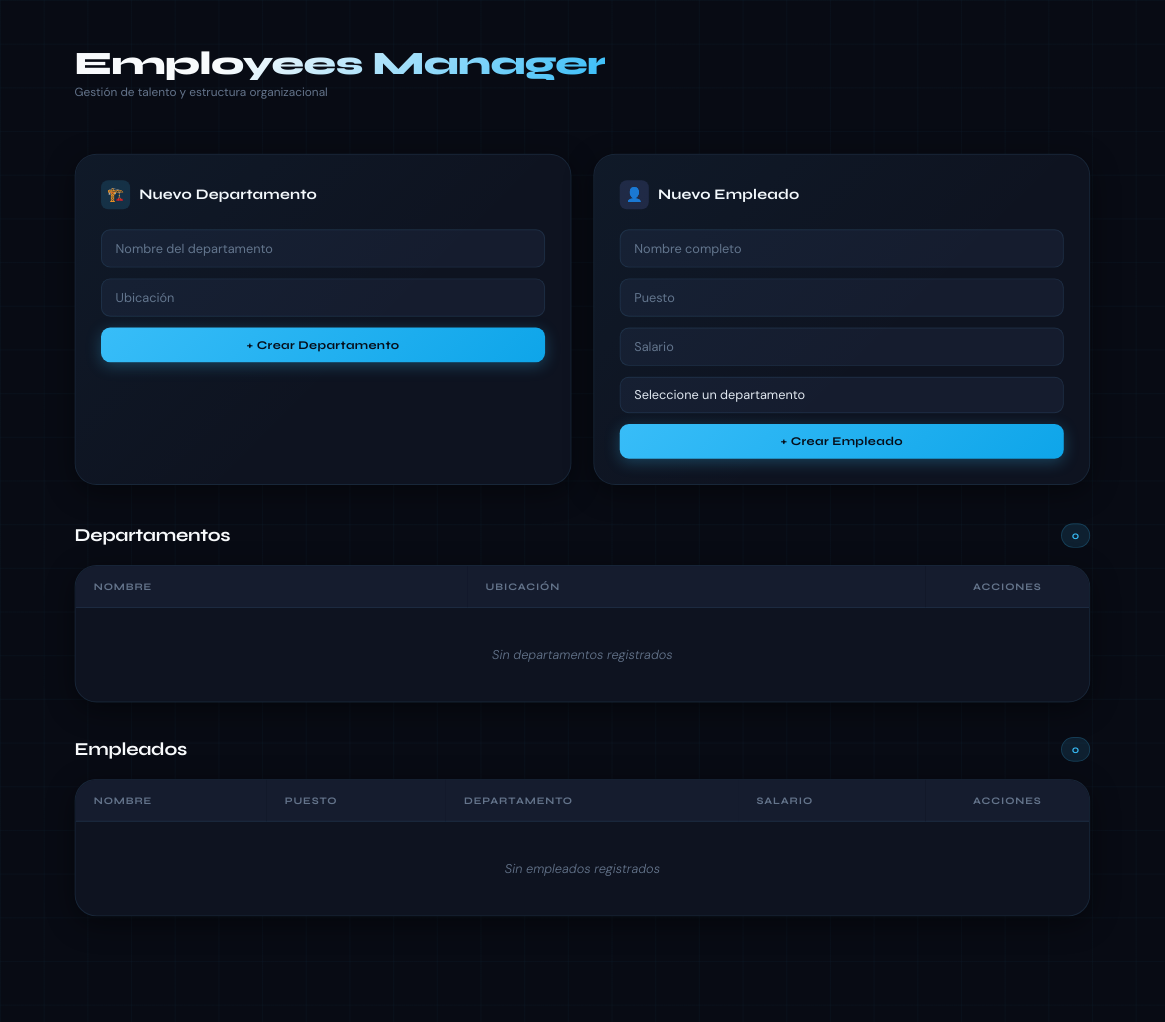
Repository: AnaSofiaRosero/parcial-4
Page: /
The author's editor kept a copy of each file at every save. The page is drawn from the files as they stood at one save, then again after the next save.
The browser window is 1280 px wide. The pictures show the whole page, at 91% of full size.
The project was rebuilt for these pictures with package versions that can differ from the ones it lists, and the page was loaded fresh each time. Also part of the build but not shown: vite.config.ts, src/index.css.

Above is the page before, as saved 2026-06-02 14:29:19.
Console error: TypeError: Cannot read properties of undefined (reading 'from')

### index.html
<!doctype html>
<html lang="en">
  <head>
    <meta charset="UTF-8" />
    <link rel="icon" type="image/svg+xml" href="/favicon.svg" />
    <meta name="viewport" content="width=device-width, initial-scale=1.0" />
    <title>employees-manager</title>
  </head>
  <body>
    <div id="root"></div>
    <script type="module" src="/src/main.tsx"></script>
  </body>
</html>

### src/App.css
@import url('https://fonts.googleapis.com/css2?family=Syne:wght@400;600;700;800&family=DM+Sans:ital,wght@0,300;0,400;0,500;1,300&display=swap');

/* ─── TOKENS ─────────────────────────────────────────────── */
:root {
  --bg:        #080b14;
  --surface:   #0e1320;
  --surface2:  #151c2e;
  --border:    rgba(99, 179, 237, 0.12);
  --border-hover: rgba(99, 179, 237, 0.35);

  --accent:    #38bdf8;
  --accent2:   #818cf8;
  --accent3:   #34d399;
  --danger:    #f87171;
  --danger-dk: #ef4444;

  --text:      #e2e8f0;
  --muted:     #64748b;
  --heading:   #f8fafc;

  --radius-sm: 10px;
  --radius-md: 16px;
  --radius-lg: 24px;

  --shadow-glow: 0 0 40px rgba(56, 189, 248, 0.08);
  --shadow-card: 0 8px 32px rgba(0, 0, 0, 0.45);
  --shadow-modal: 0 24px 80px rgba(0, 0, 0, 0.7);

  --transition: 0.22s cubic-bezier(0.4, 0, 0.2, 1);
}

/* ─── RESET ───────────────────────────────────────────────── */
*, *::before, *::after {
  margin: 0;
  padding: 0;
  box-sizing: border-box;
}

/* ─── BASE ────────────────────────────────────────────────── */
body {
  background: var(--bg);
  color: var(--text);
  font-family: 'DM Sans', sans-serif;
  font-size: 15px;
  line-height: 1.6;
  min-height: 100vh;

  /* Subtle grid texture */
  background-image:
    linear-gradient(rgba(56, 189, 248, 0.03) 1px, transparent 1px),
    linear-gradient(90deg, rgba(56, 189, 248, 0.03) 1px, transparent 1px);
  background-size: 48px 48px;
}

#root {
  min-height: 100vh;
}

/* ─── CONTAINER ───────────────────────────────────────────── */
.container {
  max-width: 1180px;
  margin: 0 auto;
  padding: 52px 32px 80px;
}

/* ─── HEADER ──────────────────────────────────────────────── */
.app-header {
  display: flex;
  align-items: center;
  gap: 18px;
  margin-bottom: 56px;
}

.header-icon {
  width: 52px;
  height: 52px;
  border-radius: 14px;
  background: linear-gradient(135deg, var(--accent), var(--accent2));
  display: flex;
  align-items: center;
  justify-content: center;
  font-size: 24px;
  box-shadow: 0 0 24px rgba(56, 189, 248, 0.35);
  flex-shrink: 0;
}

.title {
  font-family: 'Syne', sans-serif;
  font-size: 36px;
  font-weight: 800;
  letter-spacing: -0.5px;
  background: linear-gradient(135deg, var(--heading) 30%, var(--accent));
  -webkit-background-clip: text;
  -webkit-text-fill-color: transparent;
  background-clip: text;
  line-height: 1;
}

.title-sub {
  font-size: 13px;
  color: var(--muted);
  font-weight: 400;
  margin-top: 4px;
  -webkit-text-fill-color: var(--muted);
}

/* ─── TWO-COLUMN FORMS ────────────────────────────────────── */
.forms-grid {
  display: grid;
  grid-template-columns: 1fr 1fr;
  gap: 24px;
  margin-bottom: 40px;
}

@media (max-width: 860px) {
  .forms-grid { grid-template-columns: 1fr; }
}

/* ─── SECTION CARD ────────────────────────────────────────── */
.section {
  background: var(--surface);
  border: 1px solid var(--border);
  border-radius: var(--radius-lg);
  padding: 28px;
  box-shadow: var(--shadow-card);
  position: relative;
  overflow: hidden;
  transition: border-color var(--transition), box-shadow var(--transition);
}

.section::before {
  content: '';
  position: absolute;
  inset: 0;
  border-radius: inherit;
  background: linear-gradient(135deg, rgba(56,189,248,0.04) 0%, transparent 60%);
  pointer-events: none;
}

.section:hover {
  border-color: var(--border-hover);
  box-shadow: var(--shadow-card), var(--shadow-glow);
}

.section-header {
  display: flex;
  align-items: center;
  gap: 10px;
  margin-bottom: 22px;
}

.section-icon {
  width: 32px;
  height: 32px;
  border-radius: 8px;
  display: flex;
  align-items: center;
  justify-content: center;
  font-size: 15px;
  flex-shrink: 0;
}

.section-icon.teal  { background: rgba(56,189,248,0.15); }
.section-icon.indigo { background: rgba(129,140,248,0.15); }

.section h2 {
  font-family: 'Syne', sans-serif;
  font-size: 16px;
  font-weight: 700;
  color: var(--heading);
  letter-spacing: 0.2px;
}

/* ─── FORM ────────────────────────────────────────────────── */
.form {
  display: flex;
  flex-direction: column;
  gap: 12px;
}

.form input,
.form select {
  width: 100%;
  padding: 11px 15px;
  background: var(--surface2);
  border: 1px solid var(--border);
  border-radius: var(--radius-sm);
  color: var(--text);
  font-family: 'DM Sans', sans-serif;
  font-size: 14px;
  outline: none;
  transition: border-color var(--transition), box-shadow var(--transition), background var(--transition);
  -webkit-appearance: none;
  appearance: none;
}

.form input::placeholder { color: var(--muted); }

.form input:focus,
.form select:focus {
  border-color: var(--accent);
  background: #111827;
  box-shadow: 0 0 0 3px rgba(56, 189, 248, 0.12);
}

.form select option {
  background: var(--surface2);
  color: var(--text);
}

/* ─── BUTTONS ─────────────────────────────────────────────── */
.primary-btn {
  position: relative;
  overflow: hidden;
  padding: 11px 20px;
  border: none;
  border-radius: var(--radius-sm);
  background: linear-gradient(135deg, var(--accent), #0ea5e9);
  color: #060e1a;
  font-family: 'Syne', sans-serif;
  font-size: 13px;
  font-weight: 700;
  letter-spacing: 0.4px;
  cursor: pointer;
  transition: transform var(--transition), box-shadow var(--transition), opacity var(--transition);
  box-shadow: 0 4px 16px rgba(56, 189, 248, 0.28);
}

.primary-btn::after {
  content: '';
  position: absolute;
  inset: 0;
  background: linear-gradient(135deg, rgba(255,255,255,0.18), transparent);
  opacity: 0;
  transition: opacity var(--transition);
}

.primary-btn:hover {
  transform: translateY(-2px);
  box-shadow: 0 8px 28px rgba(56, 189, 248, 0.42);
}

.primary-btn:hover::after { opacity: 1; }
.primary-btn:active { transform: translateY(0); }

.edit-btn,
.delete-btn {
  border: none;
  border-radius: 8px;
  padding: 7px 14px;
  font-family: 'DM Sans', sans-serif;
  font-size: 12px;
  font-weight: 600;
  cursor: pointer;
  transition: transform var(--transition), box-shadow var(--transition), opacity var(--transition);
  letter-spacing: 0.2px;
}

.edit-btn {
  background: rgba(56,189,248,0.15);
  color: var(--accent);
  border: 1px solid rgba(56,189,248,0.2);
}
.edit-btn:hover {
  background: rgba(56,189,248,0.25);
  transform: translateY(-1px);
  box-shadow: 0 4px 12px rgba(56,189,248,0.2);
}

.delete-btn {
  background: rgba(248,113,113,0.12);
  color: var(--danger);
  border: 1px solid rgba(248,113,113,0.2);
}
.delete-btn:hover {
  background: rgba(248,113,113,0.22);
  transform: translateY(-1px);
  box-shadow: 0 4px 12px rgba(248,113,113,0.2);
}

/* ─── TABLE SECTION ───────────────────────────────────────── */
.table-section {
  margin-bottom: 36px;
}

.table-section-header {
  display: flex;
  align-items: center;
  justify-content: space-between;
  margin-bottom: 16px;
}

.table-section-header h2 {
  font-family: 'Syne', sans-serif;
  font-size: 20px;
  font-weight: 700;
  color: var(--heading);
  letter-spacing: -0.3px;
}

.badge {
  background: rgba(56,189,248,0.12);
  color: var(--accent);
  border: 1px solid rgba(56,189,248,0.2);
  border-radius: 20px;
  padding: 3px 11px;
  font-size: 12px;
  font-weight: 600;
  font-family: 'Syne', sans-serif;
}

/* ─── TABLE ───────────────────────────────────────────────── */
.table-wrapper {
  background: var(--surface);
  border: 1px solid var(--border);
  border-radius: var(--radius-lg);
  overflow: hidden;
  box-shadow: var(--shadow-card);
}

.table {
  width: 100%;
  border-collapse: collapse;
}

.table thead {
  background: var(--surface2);
  border-bottom: 1px solid var(--border);
}

.table th {
  padding: 14px 20px;
  text-align: left;
  font-family: 'Syne', sans-serif;
  font-size: 11px;
  font-weight: 700;
  color: var(--muted);
  letter-spacing: 1px;
  text-transform: uppercase;
}

.table td {
  padding: 14px 20px;
  border-top: 1px solid var(--border);
  color: var(--text);
  font-size: 14px;
  vertical-align: middle;
}

.table tbody tr {
  transition: background var(--transition);
}

.table tbody tr:hover {
  background: rgba(56,189,248,0.03);
}

.table td:last-child,
.table th:last-child {
  text-align: center;
  width: 180px;
}

.table td:last-child {
  display: table-cell;
}

.action-cell {
  display: flex;
  justify-content: center;
  gap: 8px;
}

/* Pill for name */
.name-cell {
  font-weight: 600;
  color: var(--heading);
}

.dept-pill {
  display: inline-flex;
  align-items: center;
  gap: 5px;
  background: rgba(52,211,153,0.1);
  color: var(--accent3);
  border: 1px solid rgba(52,211,153,0.2);
  border-radius: 20px;
  padding: 2px 10px;
  font-size: 12px;
  font-weight: 500;
}

.salary-cell {
  font-family: 'Syne', sans-serif;
  font-weight: 700;
  font-size: 14px;
  color: var(--accent3);
}

/* ─── EMPTY STATE ─────────────────────────────────────────── */
.empty-row td {
  text-align: center;
  color: var(--muted);
  padding: 40px;
  font-style: italic;
}

/* ─── MODAL ───────────────────────────────────────────────── */
.modal-overlay {
  position: fixed;
  inset: 0;
  background: rgba(4, 7, 18, 0.82);
  backdrop-filter: blur(6px);
  -webkit-backdrop-filter: blur(6px);
  display: flex;
  justify-content: center;
  align-items: center;
  z-index: 1000;
  animation: fadeIn 0.18s ease;
}

@keyframes fadeIn {
  from { opacity: 0; }
  to   { opacity: 1; }
}

.modal {
  background: var(--surface);
  border: 1px solid var(--border-hover);
  border-radius: var(--radius-lg);
  width: 480px;
  max-width: calc(100vw - 40px);
  padding: 0;
  box-shadow: var(--shadow-modal), 0 0 60px rgba(56,189,248,0.08);
  overflow: hidden;
  animation: slideUp 0.22s cubic-bezier(0.34, 1.56, 0.64, 1);
}

@keyframes slideUp {
  from { opacity: 0; transform: translateY(28px) scale(0.97); }
  to   { opacity: 1; transform: translateY(0) scale(1); }
}

.modal-header {
  padding: 24px 28px 20px;
  border-bottom: 1px solid var(--border);
  display: flex;
  align-items: center;
  justify-content: space-between;
  background: var(--surface2);
}

.modal-header h2 {
  font-family: 'Syne', sans-serif;
  font-size: 18px;
  font-weight: 700;
  color: var(--heading);
  display: flex;
  align-items: center;
  gap: 10px;
}

.modal-header h2 span {
  display: flex;
  align-items: center;
  justify-content: center;
  width: 32px;
  height: 32px;
  border-radius: 8px;
  background: rgba(56,189,248,0.15);
  font-size: 15px;
}

.modal-close {
  width: 32px;
  height: 32px;
  border-radius: 8px;
  border: 1px solid var(--border);
  background: transparent;
  color: var(--muted);
  cursor: pointer;
  font-size: 18px;
  display: flex;
  align-items: center;
  justify-content: center;
  transition: background var(--transition), color var(--transition);
}

.modal-close:hover {
  background: rgba(248,113,113,0.12);
  color: var(--danger);
  border-color: rgba(248,113,113,0.2);
}

.modal-body {
  padding: 24px 28px;
  display: flex;
  flex-direction: column;
  gap: 12px;
}

.modal-body input,
.modal-body select {
  width: 100%;
  padding: 11px 15px;
  background: var(--surface2);
  border: 1px solid var(--border);
  border-radius: var(--radius-sm);
  color: var(--text);
  font-family: 'DM Sans', sans-serif;
  font-size: 14px;
  outline: none;
  transition: border-color var(--transition), box-shadow var(--transition);
  -webkit-appearance: none;
  appearance: none;
}

.modal-body input::placeholder { color: var(--muted); }

.modal-body input:focus,
.modal-body select:focus {
  border-color: var(--accent);
  box-shadow: 0 0 0 3px rgba(56, 189, 248, 0.12);
}

.modal-body select option {
  background: var(--surface2);
  color: var(--text);
}

.modal-footer {
  padding: 18px 28px 24px;
  display: flex;
  justify-content: flex-end;
  gap: 10px;
}

.cancel-btn {
  padding: 10px 20px;
  border-radius: var(--radius-sm);
  border: 1px solid var(--border);
  background: transparent;
  color: var(--muted);
  font-family: 'DM Sans', sans-serif;
  font-size: 13px;
  font-weight: 500;
  cursor: pointer;
  transition: background var(--transition), color var(--transition), border-color var(--transition);
}

.cancel-btn:hover {
  background: var(--surface2);
  color: var(--text);
  border-color: var(--border-hover);
}

.save-btn {
  padding: 10px 22px;
  border-radius: var(--radius-sm);
  border: none;
  background: linear-gradient(135deg, var(--accent), #0ea5e9);
  color: #060e1a;
  font-family: 'Syne', sans-serif;
  font-size: 13px;
  font-weight: 700;
  letter-spacing: 0.3px;
  cursor: pointer;
  box-shadow: 0 4px 16px rgba(56,189,248,0.28);
  transition: transform var(--transition), box-shadow var(--transition);
}

.save-btn:hover {
  transform: translateY(-2px);
  box-shadow: 0 8px 24px rgba(56,189,248,0.4);
}

Loaded but not shown: src/main.tsx (common file); src/App.tsx (387 lines, source omitted); src/supabaseClient.ts (no stored copy; drawn as an empty file)

After the next save:
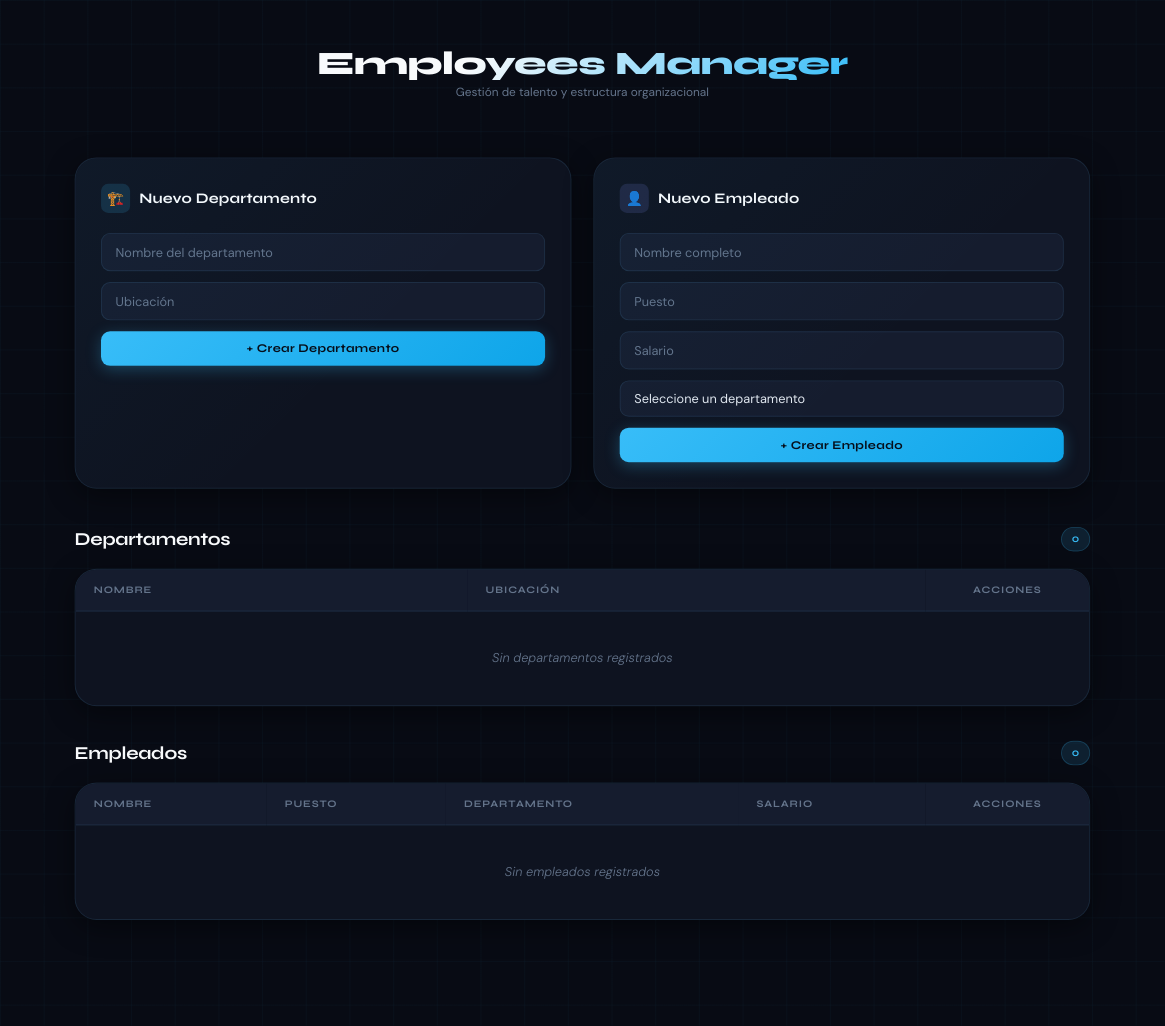
Saved 22 s later.
--- a/src/App.css
+++ b/src/App.css
@@ -64,11 +64,14 @@ body {
 }
 
 /* ─── HEADER ──────────────────────────────────────────────── */
-.app-header {
-  display: flex;
-  align-items: center;
-  gap: 18px;
-  margin-bottom: 56px;
+.app-header{
+  display:flex;
+  flex-direction:column;
+  align-items:center;
+  justify-content:center;
+  text-align:center;
+
+  margin-bottom:60px;
 }
 
 .header-icon {
